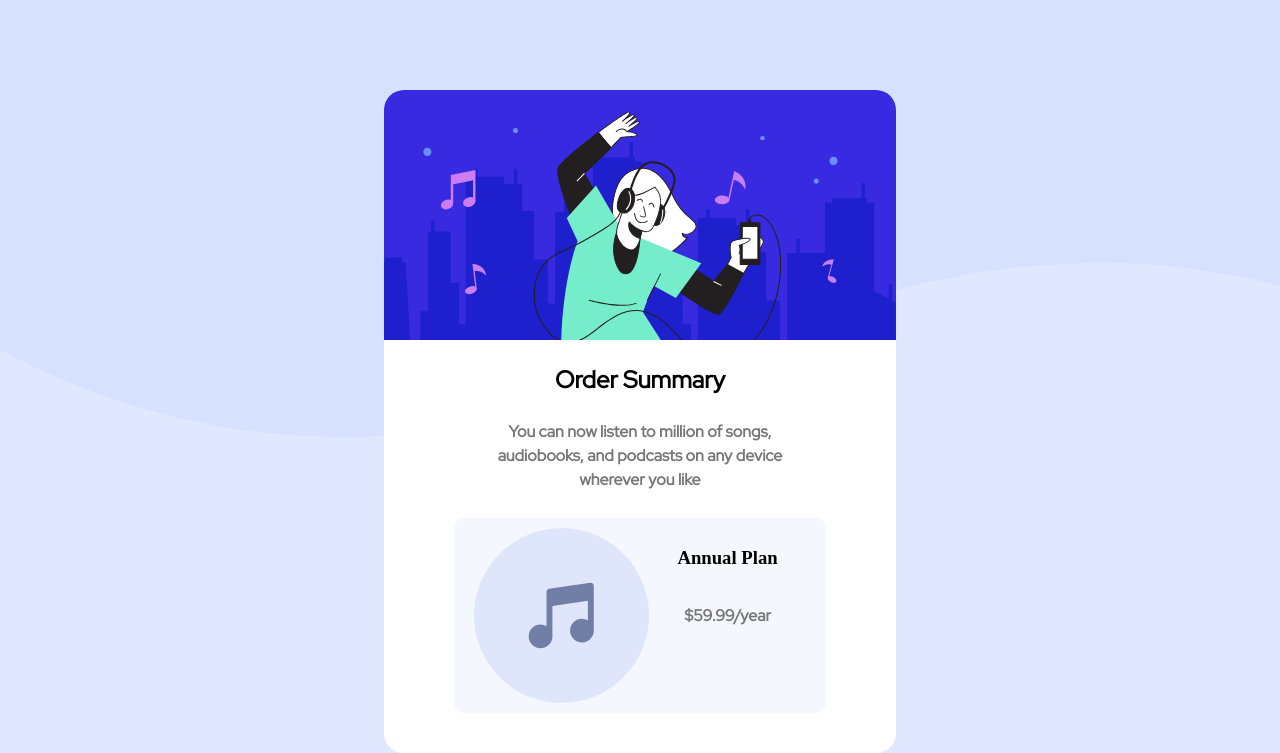
Repository: karanjain71/css-practice
Page: order-summary-component-main/index.html
An editor plug-in stored every save of this project. The page is shown before and after the next save, followed by the edit.
The browser window is 1280 px wide. The pictures show the whole page.

Above is the page before, as saved 2022-01-29 20:49:53.
Not found: order-summary-component-main/techhomie.com

After the next save:
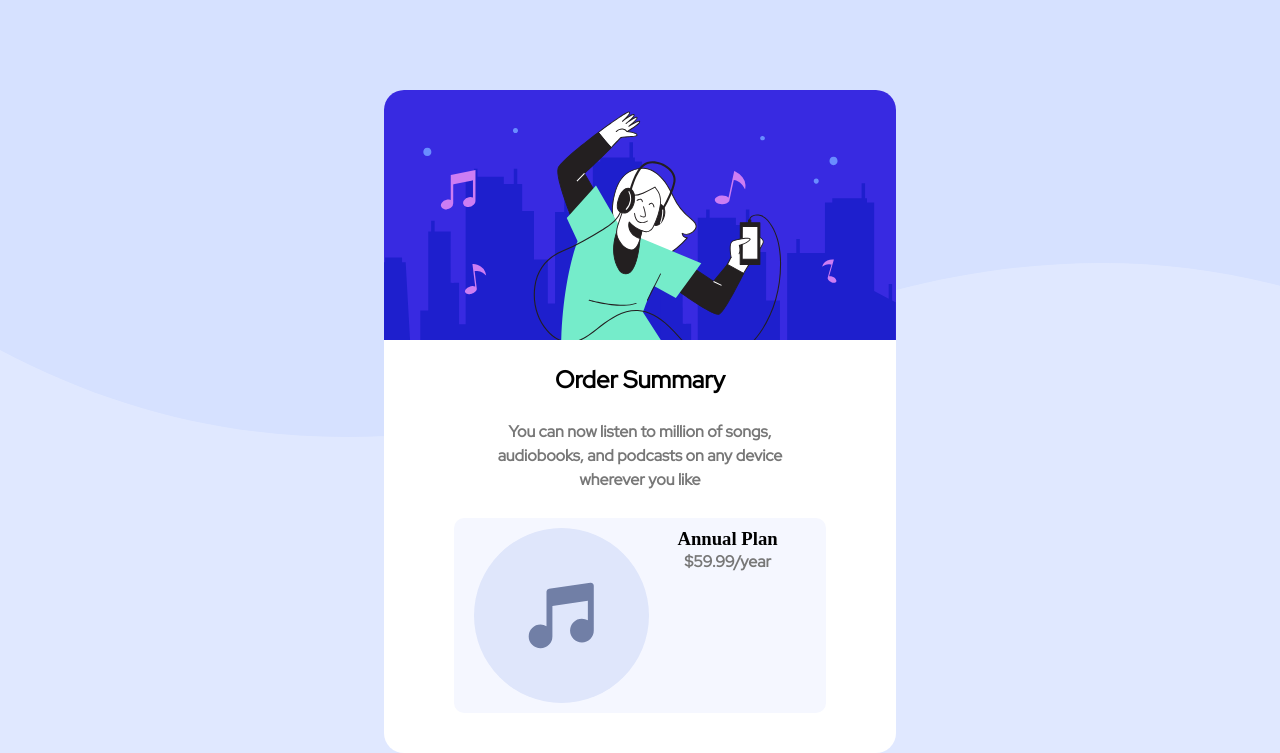
Saved 8 s later.
--- a/order-summary-component-main/style.css
+++ b/order-summary-component-main/style.css
@@ -51,10 +51,11 @@
 
 .annual-plan p{
     padding: 0;
-    margin: none;
+    margin: 0;
 }
 
 .annual-plan h3{
     text-align: center;
+    margin: 0;
 
 }
